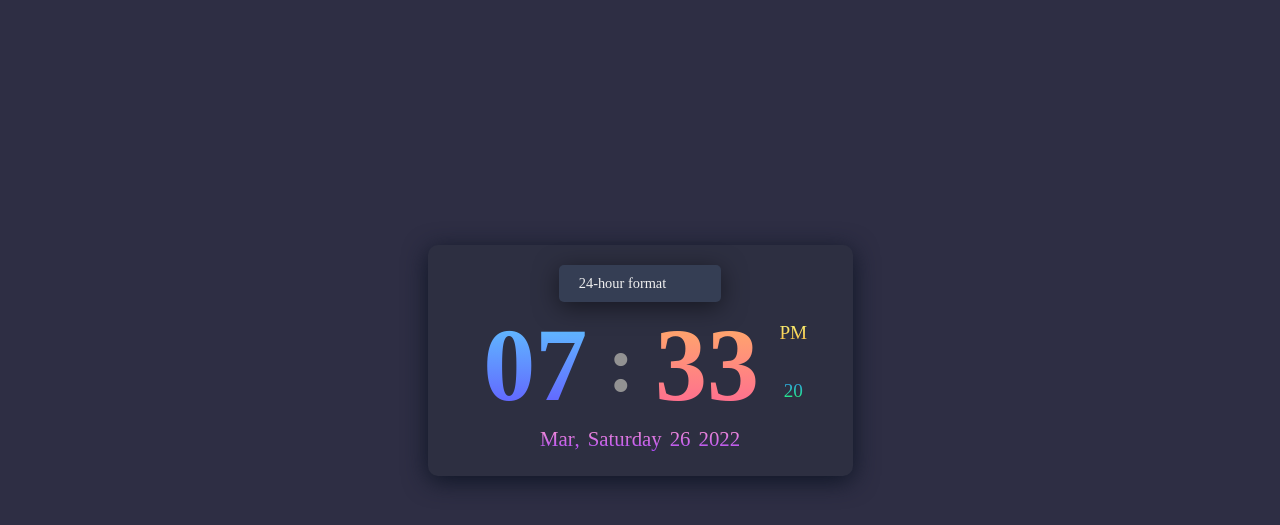
Repository: QUANGTHAI2003/digital-clock
Page: index.html
An editor plug-in stored every save of this project. The page is shown before and after the next save, followed by the edit.
The browser window is 1280 px wide. The pictures show the whole page.
Some icons come from a web library that is not loaded, so they are not drawn.

Above is the page before, as saved 2022-03-26 23:26:56.
Console error: TypeError: year.addEventListener is not a function

### index.html
<!DOCTYPE html>
<html lang="en">
    <head>
        <meta charset="UTF-8" />
        <meta http-equiv="X-UA-Compatible" content="IE=edge" />
        <meta name="viewport" content="width=device-width, initial-scale=1.0" />
        <title>Digital-Clock</title>
        <link rel="stylesheet" href="style.css" />
        <link rel="stylesheet" href="https://unicons.iconscout.com/release/v4.0.0/css/line.css" />
    </head>
    <body>
        <div class="digital-clock">
            <i class="uil uil-ellipsis-v dot-menu-btn"></i>
            <ul class="dot-menu">
                <li class="menu-item">
                    <span class="clock-format-text">24-hour format</span>
                    <div class="format-switch-btn"></div>
                </li>
            </ul>
            <div class="time">
                <span class="hours">00</span>
                <span class="dots">:</span>
                <span class="minutes">00</span>
                <div class="right-side">
                    <span class="period">AN/PM</span>
                    <span class="seconds">00</span>
                </div>
            </div>
            <div class="calendar">
                <span class="month-name">Mar</span>,
                <span class="day-name">Sunday</span>
                <span class="day-number">6</span>
                <span class="year">2022</span>
            </div>
        </div>
        <script src="./app.js"></script>
    </body>
</html>

### style.css
@import url('https://fonts.googleapis.com/css2?family=Poppins:ital,wght@0,100;0,200;0,300;0,400;0,500;0,600;0,700;0,800;0,900;1,100;1,200;1,300;1,400;1,500;1,600;1,700;1,800;1,900&display=swap');

* {
    margin: 0;
    padding: 0;
    box-sizing: border-box;
    font-family: 'Poppins'sans-serif;
}

body {
    min-height: 100vh;
    display: flex;
    justify-content: center;
    align-items: center;
    background: #2e2e44;
}

.digital-clock {
    position: relative;
    color: #fff;
    background: #2d2f41;
    width: 425px;
    padding: 20px 45px;
    box-shadow: 0 5px 25px rgba(14, 21, 37, 08);
    border-radius: 10px;
    display: flex;
    justify-content: center;
    align-items: center;
    flex-direction: column;
}

.time {
    position: relative;
    display: flex;
    justify-content: center;
    align-items: center;
}

.hours,
.dots,
.minutes {
    display: flex;
    justify-content: center;
    align-items: center;
    font-weight: 600;
    padding: 0 10px;
    line-height: 125px;
}

.hours,
.minutes {
    font-size: 6.5em;
    width: 125px;
}

.dots {
    font-size: 5em;
    color: #929292;
}

.hours {
    background: -webkit-linear-gradient(90deg, #634dff, #5fd4ff);
    -webkit-text-fill-color: transparent;
    -webkit-background-clip: text;
}

.minutes {
    background: -webkit-linear-gradient(90deg, #ff5e9a, #ffb960);
    -webkit-text-fill-color: transparent;
    -webkit-background-clip: text;
}

.right-side {
    position: relative;
    display: flex;
    justify-content: center;
    align-items: center;
    flex-direction: column;
    margin-left: 10px;
}

.period,
.seconds {
    font-size: 1.2em;
    font-weight: 500;
}

.period {
    transform: translateY(-20px);
    background: -webkit-linear-gradient(90deg, #f7b63f, #faf879);
    -webkit-text-fill-color: transparent;
    -webkit-background-clip: text;
}

.seconds {
    transform: translateY(16px);
    background: -webkit-linear-gradient(90deg, #24ff6d, #2f93f1);
    -webkit-text-fill-color: transparent;
    -webkit-background-clip: text;
}

.calendar {
    display: flex;
    justify-content: center;
    align-items: center;
    font-size: 1.3em;
    font-weight: 500;
    margin-bottom: 5px;
    background: -webkit-linear-gradient(90deg, #ae4af6, #ff98d1);
    -webkit-text-fill-color: transparent;
    -webkit-background-clip: text;
}

.day-name,
.day-number,
.year {
    margin-left: 8px;
}

.dot-menu-btn {
    position: absolute;
    top: 0;
    right: 0;
    margin: 10px;
    color: #efefef;
    font-size: 1.5em;
    cursor: pointer;
}

.dot-menu {
    z-index: 999;
    list-style: none;
    background: #353e54;
    padding: 10px 20px;
    border-radius: 5px;
    box-shadow: 0 5px 25px rgba(0, 0, 0, 0.5);
}

.menu-item {
    display: flex;
    justify-content: center;
    align-items: center;
}

.clock-format-text {
    color: #efefef;
    font-size: 0.9em;
}

.format-switch-btn {
    width: 35px;
    height: 15px;
    background: 485470;
    border-radius: 75px;
    box-shadow: inset 2px 2px 4px rgba(255, 255, 255, 0.1),
        inset -2px 2px -4px rgba(0, 0, 0, 0.2);
}

### app.js
function clock() {
    var today = new Date();
    var hours = today.getHours();
    var minutes = today.getMinutes();
    var seconds = today.getSeconds();
    var period = "AM"

    // Set the time period(AM or PM)
    if (hours >= 12) {
        period = "PM";
    }
    // Set the 12-hour clock format
    hours = hours > 12 ? hours % 12 : hours

    // Add the 0 for the values of lower than 10
    if (hours < 10) {
        hours = "0" + hours;
    }
    if (minutes < 10) {
        minutes = "0" + minutes;
    }
    if (seconds < 10) {
        seconds = "0" + seconds;
    }

    document.querySelector(".hours").innerHTML = hours;
    document.querySelector(".minutes").innerHTML = minutes;
    document.querySelector(".seconds").innerHTML = seconds;
    document.querySelector(".period").innerHTML = period;
}

var updateClock = setInterval(clock, 1000);

// Get the date in javascript
var today = new Date();
const dayNumber = today.getDate();
const year = today.getFullYear();
const dayName = today.toLocaleString('default', { weekday: 'long' });
const monthName = today.toLocaleString('default', { month: 'short' });

document.querySelector(".month-name").innerHTML = monthName;
document.querySelector(".day-name").innerHTML = dayName;
document.querySelector(".day-number").innerHTML = dayNumber;
document.querySelector(".year").innerHTML = year;

year.addEventListener("click", function () {
    alert("The year is " + year);
});

After the next save:
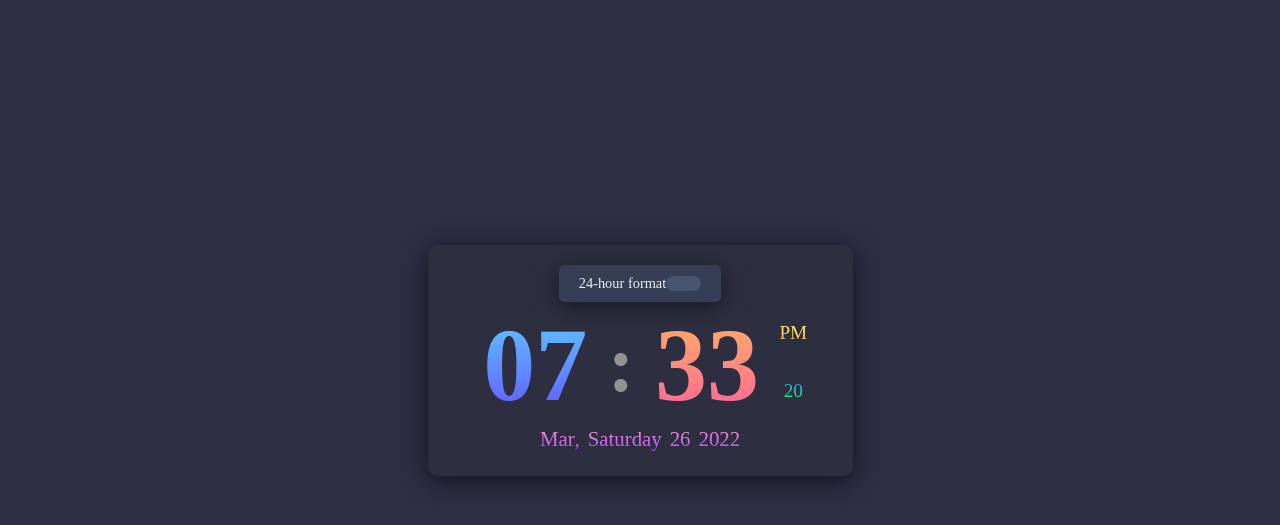
Saved 89 s later.
--- a/style.css
+++ b/style.css
@@ -150,7 +150,7 @@ body {
 .format-switch-btn {
     width: 35px;
     height: 15px;
-    background: 485470;
+    background: #485470;
     border-radius: 75px;
     box-shadow: inset 2px 2px 4px rgba(255, 255, 255, 0.1),
         inset -2px 2px -4px rgba(0, 0, 0, 0.2);
